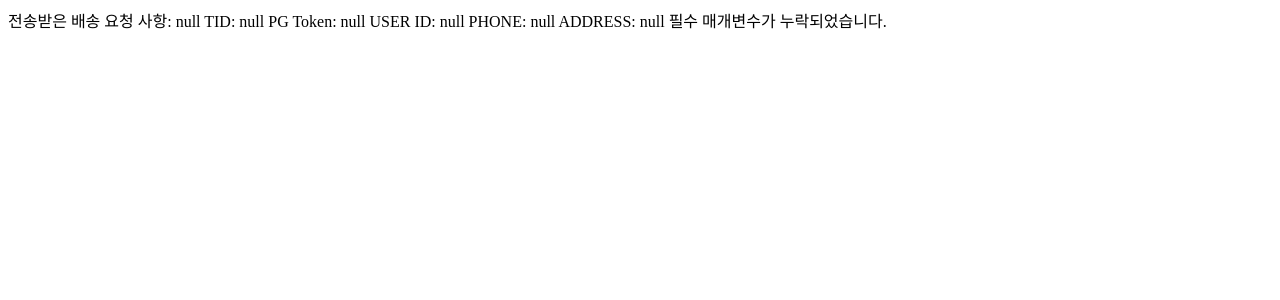
Repository: 0823-01/MonoLiving
Page: http://localhost/shoppingMall/views/api/kakaoPaySuccess.jsp
The author's editor kept a copy of each file at every save. The page is drawn from the files as they stood at one save, then again after the next save.
The browser window is 1280 px wide. The pictures show the whole page.
The page is served by Tomcat 9.

Above is the page before, as saved 2024-10-31 01:53:31.

After the next save:
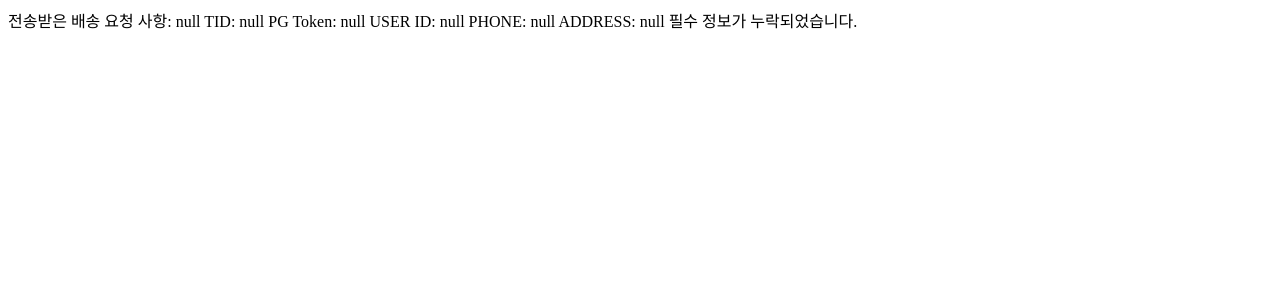
Saved 5 min 8 s later.
--- a/shoppingMall/src/main/webapp/views/api/kakaoPaySuccess.jsp
+++ b/shoppingMall/src/main/webapp/views/api/kakaoPaySuccess.jsp
@@ -133,8 +133,8 @@
 
                             // orders 테이블에 주문 정보 저장
                             try (PreparedStatement orderStmt = dbConn.prepareStatement(
-                                    "INSERT INTO ORDERS (ORDER_NO, USER_ID, TOTAL_PRICE, RECIPIENT, ADDRESS, PHONE, STATUS, PAY_CODE, ORDER_ENFORLL, RES_REQUIREMENT) " +
-                                    "VALUES (orders_seq.NEXTVAL, ?, ?, ?, ?, ?, ?, ?, sysdate, ?)")) {
+                                    "INSERT INTO ORDERS (USER_ID, TOTAL_PRICE, RECIPIENT, ADDRESS, PHONE, STATUS, PAY_CODE, ORDER_ENFORLL, RES_REQUIREMENT) " +
+                                    "VALUES (?, ?, ?, ?, ?, ?, ?, sysdate, ?)")) {
                                 orderStmt.setString(1, userId);
                                 orderStmt.setLong(2, totalPrice);
                                 orderStmt.setString(3, recipient);
@@ -196,19 +196,13 @@
             }
         } catch (Exception e) {
             e.printStackTrace(response.getWriter());
-            response.getWriter().println("결제 처리 중 오류가 발생했습니다.");
         } finally {
-            if (paymentConnection != null) {
-                paymentConnection.disconnect();
-            }
-            if (dbConn != null) {
-                JDBCTemplate.close(dbConn);
-            }
+            if (paymentConnection != null) paymentConnection.disconnect();
+            JDBCTemplate.close(dbConn);
         }
     } else {
-        response.getWriter().println("필수 매개변수가 누락되었습니다.");
+        response.getWriter().println("필수 정보가 누락되었습니다.");
     }
 %>
-
 </body>
 </html>

After the 2 saves that followed:
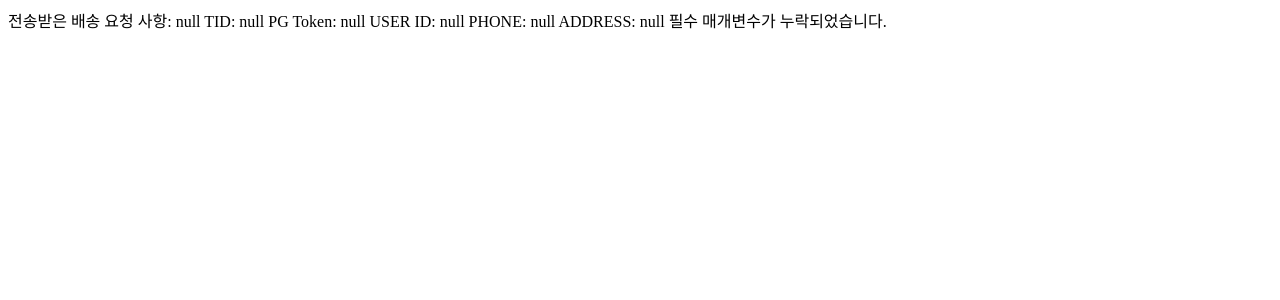
The 2 saves are shown as one change because 1 did not build or start.
The last was saved 6 min 58 s later.
--- a/shoppingMall/src/main/webapp/views/api/kakaoPaySuccess.jsp
+++ b/shoppingMall/src/main/webapp/views/api/kakaoPaySuccess.jsp
@@ -132,6 +132,7 @@
                             String paycode = UUID.randomUUID().toString();
 
                             // orders 테이블에 주문 정보 저장
+                            int orderNo = 0; // 주문 번호를 저장할 변수
                             try (PreparedStatement orderStmt = dbConn.prepareStatement(
                                     "INSERT INTO ORDERS (USER_ID, TOTAL_PRICE, RECIPIENT, ADDRESS, PHONE, STATUS, PAY_CODE, ORDER_ENFORLL, RES_REQUIREMENT) " +
                                     "VALUES (?, ?, ?, ?, ?, ?, ?, sysdate, ?)")) {
@@ -146,63 +147,52 @@
 
                                 int orderRowsAffected = orderStmt.executeUpdate();
                                 if (orderRowsAffected > 0) {
-                                    JDBCTemplate.commit(dbConn);
-                                    response.getWriter().println("주문 정보가 orders 테이블에 저장되었습니다.");
+                                    // 생성된 주문 번호 가져오기
+                                    ResultSet generatedKeys = orderStmt.getGeneratedKeys();
+                                    if (generatedKeys.next()) {
+                                        orderNo = generatedKeys.getInt(1); // 생성된 주문 번호
+                                        JDBCTemplate.commit(dbConn);
+                                        response.getWriter().println("주문 정보가 orders 테이블에 저장되었습니다.");
 
-                                    // 주문 상품 정보 저장
-                                    try (PreparedStatement productStmt = dbConn.prepareStatement(
-                                            "INSERT INTO order_product (order_no, product_no, quantity) VALUES (?, ?, ?)")) {
-                                        // 실제 상품 번호를 가져와야 합니다. 예시로 1로 설정
-                                        int productNo = 1; // 실제 상품 번호
-                                        int quantity = 2; // 실제 상품 수량
-
-                                        // 생성된 주문 번호 가져오기
-                                        ResultSet generatedKeys = orderStmt.getGeneratedKeys();
-                                        if (generatedKeys.next()) {
-                                            int orderNo = generatedKeys.getInt(1); // 생성된 주문 번호
-                                            productStmt.setInt(1, orderNo); // order_no
-                                            productStmt.setInt(2, productNo); // product_no
-                                            productStmt.setInt(3, quantity); // 수량
+                                        // 주문 상품 정보 저장
+                                        try (PreparedStatement productStmt = dbConn.prepareStatement(
+                                                "INSERT INTO order_product (order_no, product_no, quantity) VALUES (?, ?, ?)")) {
+                                            productStmt.setInt(1, orderNo);
+                                            productStmt.setInt(2, 1); // 상품 번호(테스트용)
+                                            productStmt.setInt(3, 1); // 수량(테스트용)
                                             productStmt.executeUpdate();
-                                            response.getWriter().println("주문 상품 정보가 order_product 테이블에 저장되었습니다.");
+                                            response.getWriter().println("주문 상품 정보가 저장되었습니다.");
+                                        } catch (SQLException e) {
+                                            e.printStackTrace(response.getWriter());
                                         }
-                                    } catch (SQLException e) {
-                                        e.printStackTrace(response.getWriter());
-                                        response.getWriter().println("주문 상품 정보 저장 중 오류가 발생했습니다.");
                                     }
-                                } else {
-                                    JDBCTemplate.rollback(dbConn);
-                                    response.getWriter().println("주문 정보 저장에 실패했습니다.");
                                 }
                             } catch (SQLException e) {
                                 e.printStackTrace(response.getWriter());
-                                JDBCTemplate.rollback(dbConn);
-                                response.getWriter().println("주문 정보 저장 중 오류가 발생했습니다.");
                             }
                         } else {
+                            response.getWriter().println("결제 정보를 데이터베이스에 저장하는 데 실패했습니다.");
                             JDBCTemplate.rollback(dbConn);
-                            response.getWriter().println("결제 정보 저장에 실패했습니다.");
                         }
-                    } catch (SQLException e) {
-                        e.printStackTrace(response.getWriter());
-                        JDBCTemplate.rollback(dbConn);
-                        response.getWriter().println("결제 정보 저장 중 오류가 발생했습니다.");
                     }
-                } else {
-                    response.getWriter().println("결제 금액 정보를 가져오는 데 실패했습니다.");
                 }
             } else {
-                response.getWriter().println("결제 승인 요청에 실패했습니다. 응답 코드: " + responseCode);
+                response.getWriter().println("결제 승인 요청에 실패했습니다.");
             }
         } catch (Exception e) {
             e.printStackTrace(response.getWriter());
         } finally {
-            if (paymentConnection != null) paymentConnection.disconnect();
-            JDBCTemplate.close(dbConn);
+            if (paymentConnection != null) {
+                paymentConnection.disconnect();
+            }
+            if (dbConn != null) {
+                JDBCTemplate.close(dbConn);
+            }
         }
     } else {
-        response.getWriter().println("필수 정보가 누락되었습니다.");
+        response.getWriter().println("필수 매개변수가 누락되었습니다.");
     }
 %>
+
 </body>
 </html>
